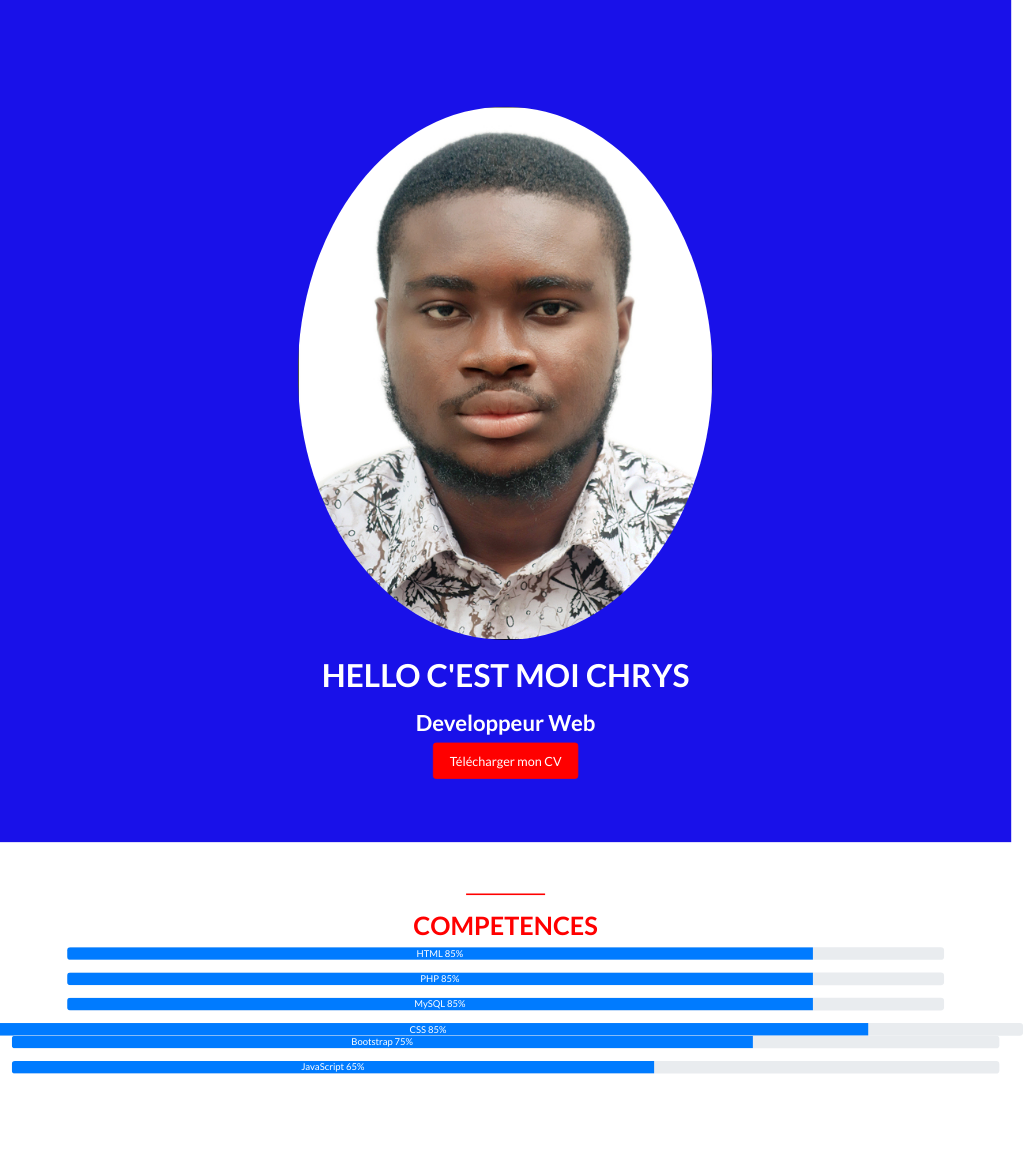
Repository: CHRYSOVR/CV_en_ligne_Interactif
Page: index.html
The author's editor kept a copy of each file at every save. The page is drawn from the files as they stood at one save, then again after the next save.
The browser window is 1280 px wide. The page is 1295 px wide, so the pictures cover 1295 px, including what lies to the right of the window. The pictures show the whole page, at 79% of full size.

Above is the page before, as saved 2025-07-07 17:02:18.
Console error: TypeError: Cannot read properties of undefined (reading 'fn')

### index.html
<!DOCTYPE html>
<html lang="fr">
<head>
    <meta charset="UTF-8">
    <meta name="viewport" content="width=device-width, initial-scale=1.0">
    <link rel="preconnect" href="https://fonts.googleapis.com">
<link rel="preconnect" href="https://fonts.gstatic.com" crossorigin>
<link href="https://fonts.googleapis.com/css2?family=Lato:ital,wght@0,100;0,300;0,400;0,700;0,900;1,100;1,300;1,400;1,700;1,900&display=swap" rel="stylesheet">
<link rel="stylesheet" href="https://cdn.jsdelivr.net/npm/bootstrap@4.0.0/dist/css/bootstrap.min.css" integrity="sha384-Gn5384xqQ1aoWXA+058RXPxPg6fy4IWvTNh0E263XmFcJlSAwiGgFAW/dAiS6JXm" crossorigin="anonymous">
<script src="https://cdn.jsdelivr.net/npm/bootstrap@4.0.0/dist/js/bootstrap.min.js" integrity="sha384-JZR6Spejh4U02d8jOt6vLEHfe/JQGiRRSQQxSfFWpi1MquVdAyjUar5+76PVCmYl" crossorigin="anonymous"></script>
    <link rel="stylesheet" href="css/style.css">
    <script src="js/script.js"></script>
    <title>CV SANNE-TIA</title>
</head>
<body>
  <section id="about" class="container-fluid">
    <div  class=" col-8 col -lg-4 profile-picture" >
        <img src="images/Me.JPG" alt="photo sanne-tia" class="rounded-circle">
    </div>
    <div class="heading">
        <h1>Hello c'est moi Chrys</h1 >
             <h3>Developpeur Web</h3>
     <a href="documents/CV_Sanne-Tia.pdf" class="btn btn-danger" target="_blank">Télécharger mon CV</a>
  </div>
    </section>
    <section id="skills">
<div class="divider"></div>
<div class="heading">
    <h2>Competences</h2>
</div>
<div class="container">
    <div class="row flex-column">
        <div class="col-12 mb-3">
            <div class="progress">
                <div class="progress-bar" role="progressbar" style="width: 85%;" aria-valuenow="85" aria-valuemin="0" aria-valuemax="100">HTML 85%</div>
            </div>
        </div>
        <div class="col-12  mb-3">
                    <div class="progress">
                        <div class="progress-bar" role="progressbar" style="width: 85%;" aria-valuenow="85" aria-valuemin="0" aria-valuemax="100">PHP 85%</div>
                    </div>
                </div>
                <div class="col-12  mb-3">
                    <div class="progress">
                        <div class="progress-bar" role="progressbar" style="width: 85%;" aria-valuenow="85" aria-valuemin="0" aria-valuemax="100">MySQL 85%</div>
                    </div>
                </div>
            </div>
        </div>
        <div class="row flex-column">
            <div class="progress">
                <div class="progress-bar" role="progressbar" style="width: 85%;" aria-valuenow="85" aria-valuemin="0" aria-valuemax="100">CSS 85%</div>
            </div>
        </div>
        <div class="col-12 mb-3">
            <div class="row">
                <div class="col-12 mb-3">
                    <div class="progress">
                        <div class="progress-bar" role="progressbar" style="width: 75%;" aria-valuenow="75" aria-valuemin="0" aria-valuemax="100">Bootstrap 75%</div>
                    </div>
                </div>
                <div class="col-12 mb-3">
                    <div class="progress">
                        <div class="progress-bar" role="progressbar" style="width: 65%;" aria-valuenow="65" aria-valuemin="0" aria-valuemax="100">JavaScript 65%</div>
                    </div>
                </div>
            </div>
        </div>



    </section>
</body>
</html>

### css/style.css
/*GENERAL*/

body{
    font-family: 'Lato', sans-serif;

}
h1,h2,h3,h4,h5,h6{
    font-weight: bold;


}
.divider{
    width: 100px;
    height: 2px;
    background-color: #ff0000;
    margin:0 auto 20px ;
}
/*ABOUT*/
#about{
    background-color: #1911e9;

}
.profile-picture{
    text-align: center;
    margin: 70px auto 0;

}
section{
padding: 65px 0 80px 0;

}
 .heading{
    text-align: center;
    color: white;
    margin-top: 20px;
}
.heading h2{
    text-transform: uppercase;
}
img{
    max-width: 100%;
    height: auto;
}
#about .heading h1{
    color: white;
    text-transform: uppercase;
    margin-bottom: 20px;

}
.btn-danger{
    background-color: #ff0000;
    border-color: #ff0000;
    color: white;
    padding: 10px 20px;
    font-size: 16px;
    text-decoration: none;
    transition: all 0.7 s ease-in 2s;
}
.btn-danger:hover{
    background:rgba(255, 255, 255, 0.137);
    border-color: #00ff11fe;
    color: white;
    padding: 10px 20px;
    font-size: 16px;
    text-decoration: none;
}
/*SKILLS*/
#skills .heading h2 {
    color:red
}

Loaded but not shown: js/script.js (no stored copy; drawn as an empty file)

After the next save:
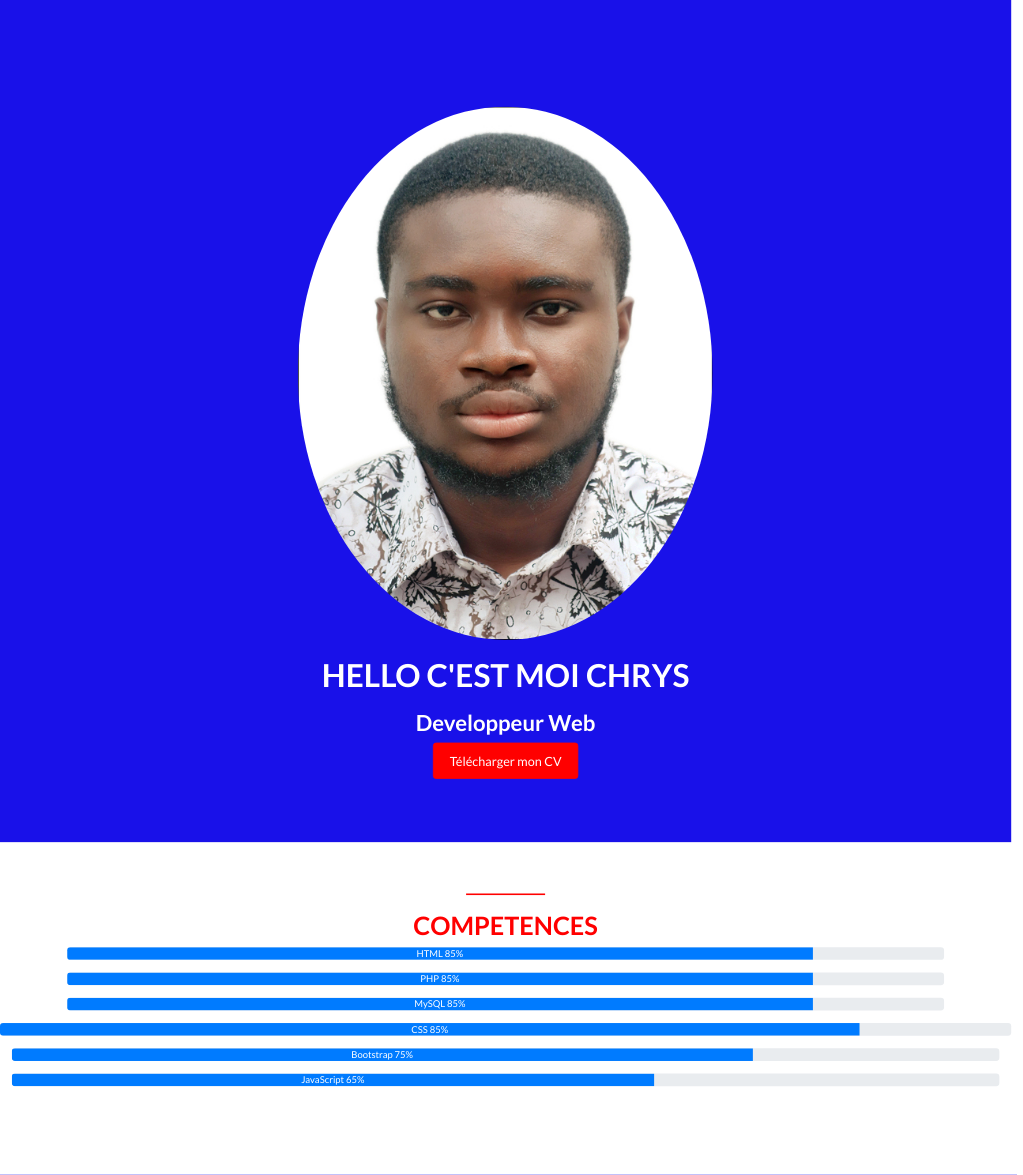
Saved 9 min 33 s later.
--- a/index.html
+++ b/index.html
@@ -23,12 +23,15 @@
      <a href="documents/CV_Sanne-Tia.pdf" class="btn btn-danger" target="_blank">Télécharger mon CV</a>
   </div>
     </section>
+
+
     <section id="skills">
-<div class="divider"></div>
-<div class="heading">
-    <h2>Competences</h2>
-</div>
-<div class="container">
+
+          <div class="divider"></div>
+            <div class="heading">
+               <h2>Competences</h2>
+          </div>
+          <div class="container">
     <div class="row flex-column">
         <div class="col-12 mb-3">
             <div class="progress">
@@ -48,9 +51,11 @@
             </div>
         </div>
         <div class="row flex-column">
+            <div class="col-12 mb-3">
             <div class="progress">
                 <div class="progress-bar" role="progressbar" style="width: 85%;" aria-valuenow="85" aria-valuemin="0" aria-valuemax="100">CSS 85%</div>
             </div>
+        </div>
         </div>
         <div class="col-12 mb-3">
             <div class="row">
